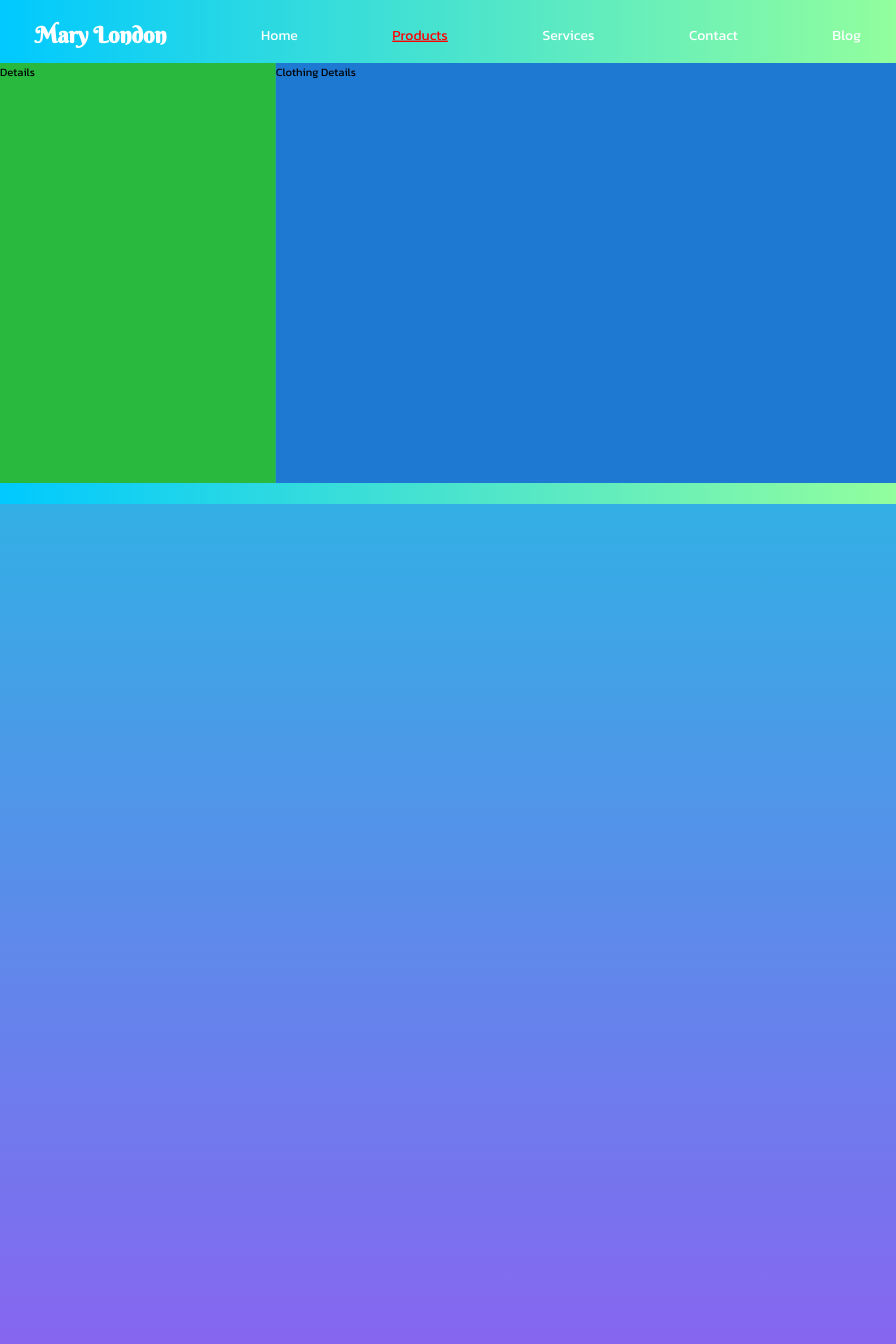
Repository: Habeebur1493/test2
Page: /products/clothing
The author's editor kept a copy of each file at every save. The page is drawn from the files as they stood at one save, then again after the next save.
The browser window is 1280 px wide. The pictures show the part of the page from y = 0 to 1920 px (the page is 3600 px tall), at 70% of full size.
The project was rebuilt for these pictures with package versions that can differ from the ones it lists, and the page was loaded fresh each time. Also part of the build but not shown: vite.config.js, src/Frontend/Loader/loaderstyle.css, src/Frontend/Firstpage/Home.jsx, src/Frontend/Firstpage/Products.jsx, src/Frontend/Firstpage/Services.jsx, src/Frontend/Firstpage/Contact.jsx, src/Frontend/Firstpage/Blog.jsx.

Above is the page before, as saved 2024-12-28 23:12:21.

After the next save:
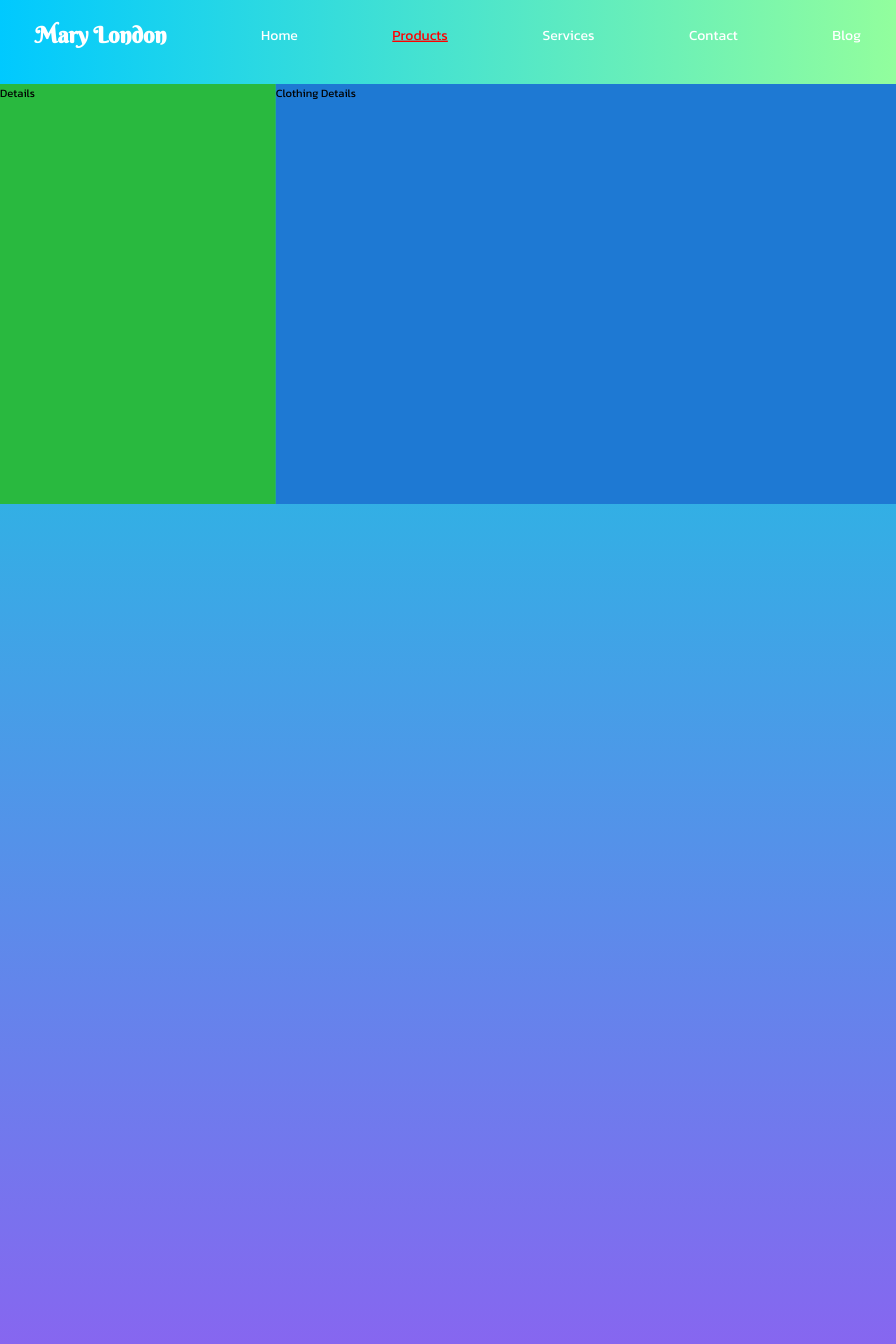
Saved 30 s later.
--- a/src/Frontend/Firstpage/page1.css
+++ b/src/Frontend/Firstpage/page1.css
@@ -226,12 +226,12 @@ nav h1{
     height: 600px;
     width: 400px;
     background-color: #29b93f;
-    margin-top: 90px;
+    margin-top: 120px;
   }
 
   .column2{
     height: 600px;
     width: 900px;
     background-color: #1e79d3;
-    margin-top: 90px;
-  }
+    margin-top: 120px;
+  }
